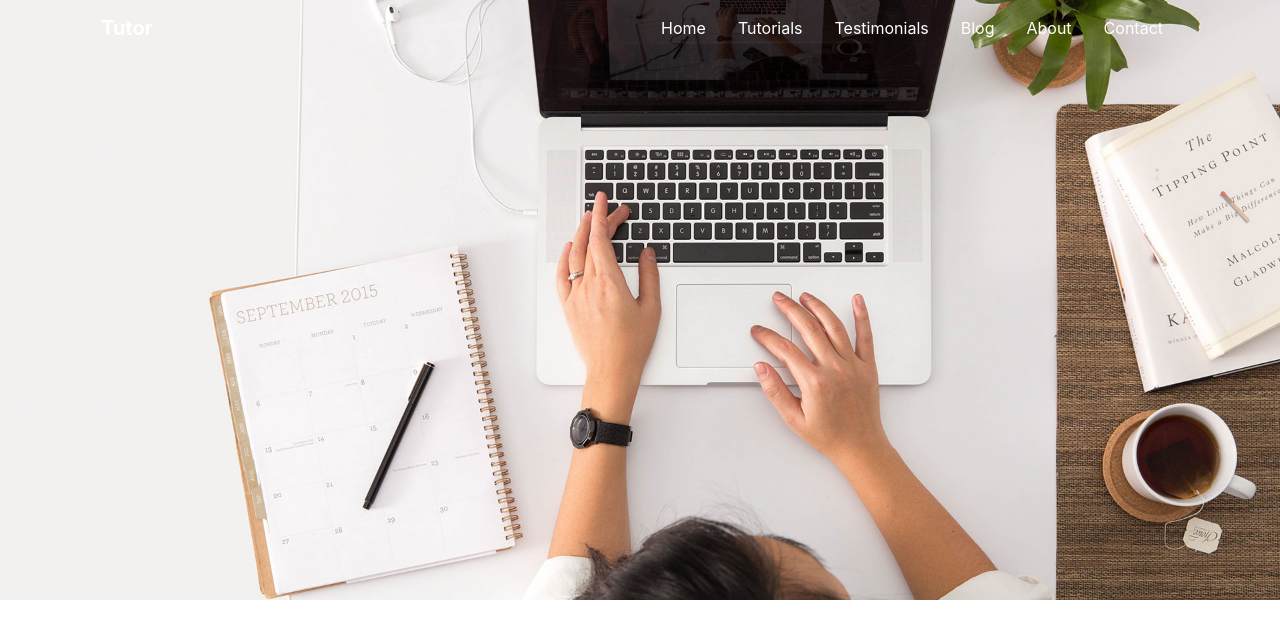
Repository: longvh2003/Tutor
Page: Views/home.html
The author's editor kept a copy of each file at every save. The page is drawn from the files as they stood at one save, then again after the next save.
The browser window is 1280 px wide. The pictures show the whole page.
Some web libraries are served in a nearby version.

Above is the page before, as saved 2020-08-12 16:14:38.

After the next save:
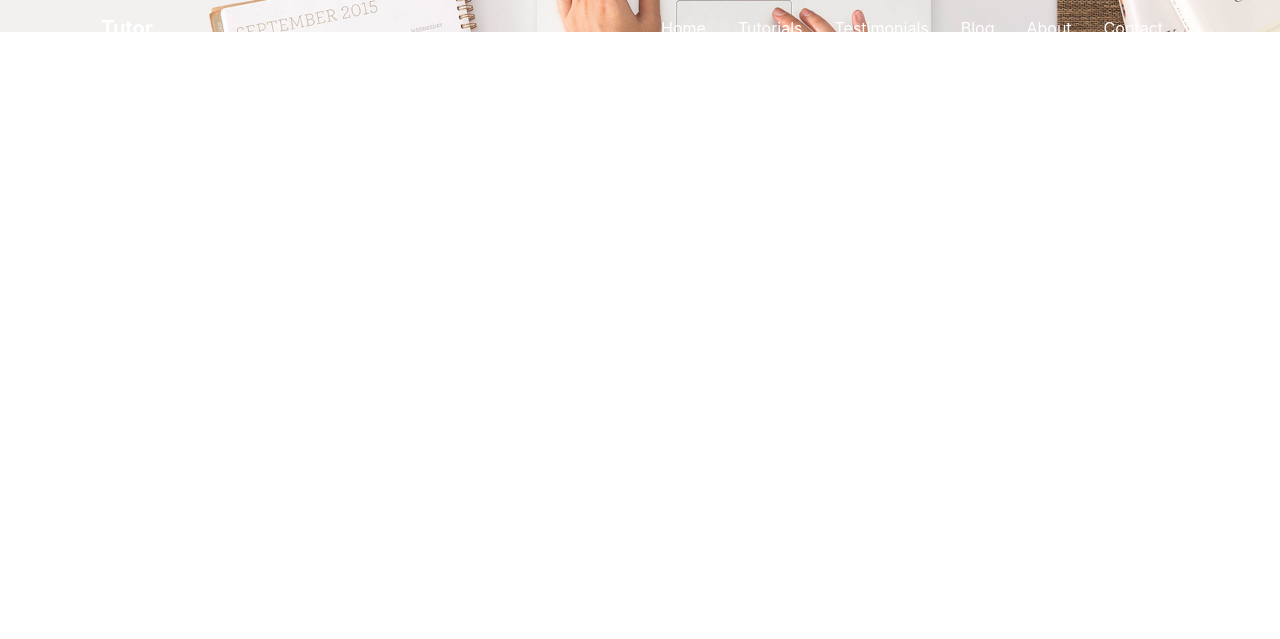
Saved 7 s later.
--- a/Css/home.css
+++ b/Css/home.css
@@ -5,7 +5,7 @@ body {
 }
 .header{
     background: url(../Image/hero_bg.jpg) no-repeat center center;
-    height: 600px;
+    height: 2rem;
     background-size: cover;
 }
 .opacity{
